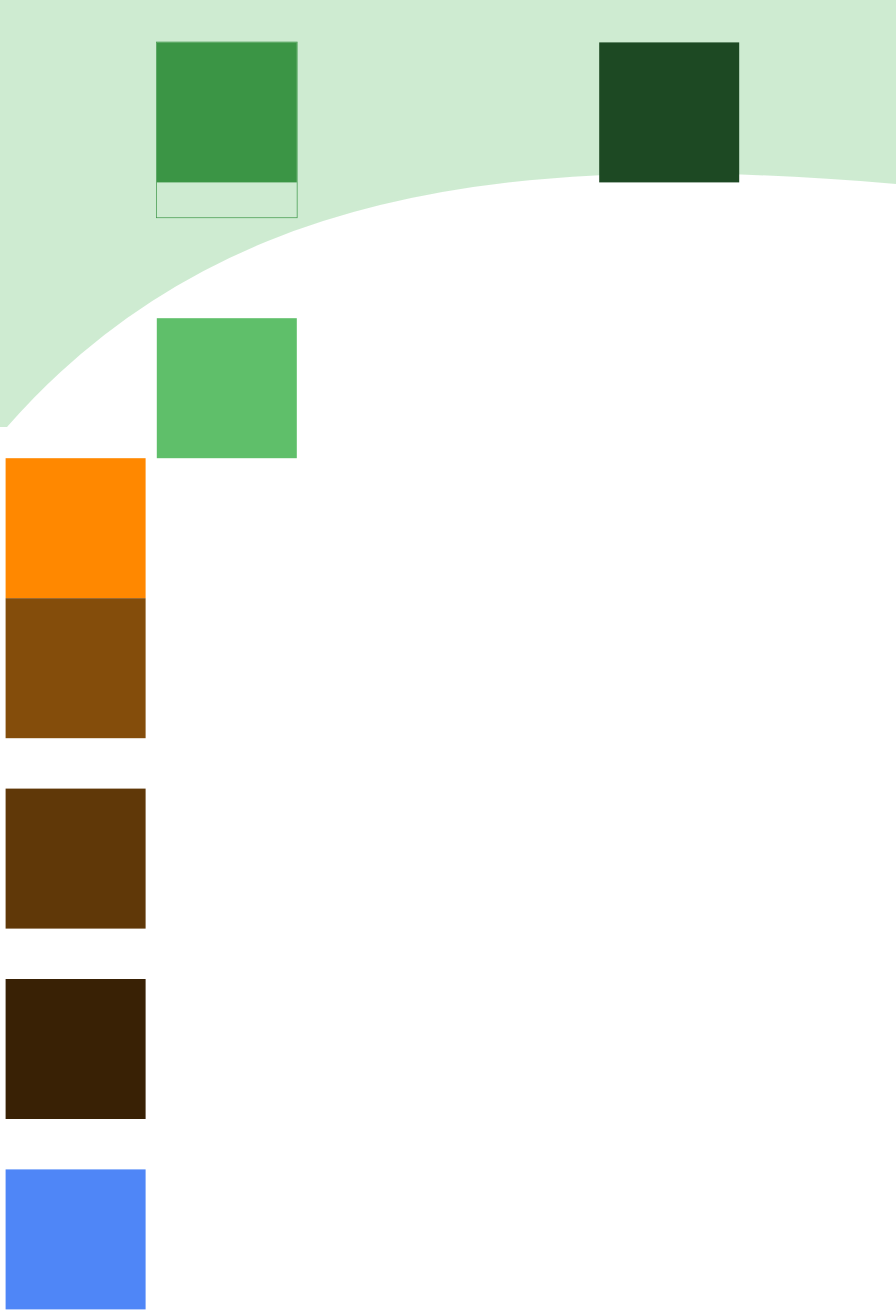
Repository: jjennbui/seedsprout_styleguide
Page: pages/colorPalette.html
An editor plug-in stored every save of this project. The page is shown before and after the next save, followed by the edit.
The browser window is 1280 px wide. The pictures show the part of the page from y = 921 to 2841 px (the page is 2800 px tall before and 3050 px after), at 70% of full size.
Some web fonts or font styles are not loaded; a fallback is used.

Above is the page before, as saved 2023-03-11 01:13:14.

### pages/colorPalette.html
<!DOCTYPE html>
<html lang="en">

<head>
    <meta charset="UTF-8">
    <meta http-equiv="X-UA-Compatible" content="IE=edge">
    <meta name="viewport" content="width=device-width, initial-scale=1.0">
    <link rel="stylesheet" href="../styles/home.css">
    <title>Document</title>
</head>
<body>

    <header>
        <div class="navBar_container">
            <div class="navBar_logo_container">
                <img src="../public/logo/Logo.svg" width="30" />
            </div>
            <div class="navBar_links_container">
                <a class="navBar_links" href="./index.html">
                    <h1>Home</h1>
                </a>
                <a class="navBar_links" href="./logo.html">
                    <h1>Logo</h1>
                </a>
                <a class="navBar_links" href="./typography.html">
                    <h1>Typography</h1>
                </a>
                <a class="navBar_links" href="./colorPalette.html">
                    <h1>Color Palette</h1>
                </a>
                <a class="navBar_links" href="./iconsAndGraphics.html">
                    <h1>Icons and Graphics</h1>
                </a>
            </div>
        </div>
    </header>

    <div>
        <h1 class="color_text_h1">Color Palette</h1>
    </div>

    <div class="colors-container">
        <div class="left-color-container">
            <div class=" forest-box-size"><div class="color-forestgreen"></div></div>
            <div class=" mantis-box-size"></div><div class="color-mantisgreen"></div></div>
            <div class=" calpoly-box-size"></div><div class="color-calpolygreen"></div></div>
            <div class=" orange-box-size"></div><div class="color-darkorange"></div></div>
        </div>
        <div class="right-color-container">
            <div class="color-chocolate-brown"></div>
            <div class="color-sepia-brown"></div>
            <div class="color-bistre-brown"></div>
            <div class="color-azure-blue"></div>
        </div>

    </div>
</body>
</html>

### styles/home.css
@import url('https://fonts.googleapis.com/css2?family=Jost:ital,wght@0,100;0,200;0,300;0,400;0,500;0,600;0,700;0,800;0,900;1,100;1,200;1,300;1,400;1,500;1,600;1,700;1,800;1,900&display=swap');
@import url('https://fonts.googleapis.com/css2?family=Philosopher:ital,wght@0,400;0,700;1,400;1,700&display=swap');

body {
    background-image: url(../public/background-img/background.svg);
    background-size: cover;
    background-repeat: no-repeat;
    font-family: 'Jost', sans-serif;
    font-size: 16px;
}

/**Colors*/
:root {
    --lightGreen: #EBFFEE;
    --mantisGreen: #5FBF6A;
    --sproutGreen: #3B9545;
    --polyGreen: #1D4923;
    --chocolateBrown: #844D0B;
    --seedBrown: #603808;
    --darkBrown: #392105;
    --vegeOrange: #FF8800;
    --fruitBlue: #4F86F7;
}

/**contains everything in the body*/
.main {
    padding: 3rem;
}

/**First div that holds the entire navBar*/
.navBar_container {
    width: 100%;
    background: var(--mantisGreen);
    opacity: 0.9;
    gap: 1rem;
    margin: 0;
    border-radius: 3rem;
    display: flex;
}

/**container than holds the logo in the navBar*/
.navBar_logo_container {
    display: flex;
    justify-content: center;
    align-items: center;
    background-color: var(--lightGreen);
    border-radius: 3rem;
    padding: 0.5rem;
    width: 8%;
}

/**Container that holds all the links in the navBar*/
.navBar_links_container {
    display: flex;
    align-items: center;
    justify-content: space-around;
    flex-grow: 1;
    flex-wrap: wrap;
}

/**links in the navBar*/
.navBar_links {
    font-family: 'philosopher', sans-serif;
    text-decoration: none;
    color: black;
    font-size: 0.8rem;
}

/**Body Content*/
/**container that holds body content*/
.body_container {
    display: flex;
    justify-content: center;
    align-items: flex-end;
    flex-wrap: wrap;
}

.text_container{
    display: flex;
}
/**contains text*/
.text_content {
    display: flex;
    flex-direction: column;
    justify-content: center;
    align-items: flex-start;
    width: 50vw;
    height: 70vh;
}

/**home text content*/
.home_content_headerOne {
    font-size: 5rem;
    margin: 0;
    line-height: 5.5rem;
}

.home_content_headerFour {
    font-size: 2rem;
    margin-top: 2rem;
    margin-bottom: 0.2rem;
    font-weight: 400;
    color: var(--polyGreen);
    line-height: 2.5rem;
}

.home_content_p {
    font-size: 1rem;
    margin: 0;
}

.body_content_logo_container{
    display: flex;
    flex-direction: column;
    justify-content: flex-start;
}
/**home page logo in body content*/
.body_content_logo {
    width: 22rem;
}

.logo_shadow{
    background-color: black;
    height: 1rem;
    border-radius: 100%;
    opacity: 0.2;
}

/** color-palette style*/

.color-forestgreen{
    height: 200px;
    width: 200px;
    background-color: #3B9545;

}
.color-mantisgreen{
    height: 200px;
    width: 200px;
    background-color:#5FBF6A;
}
.color-calpolygreen{
    height: 200px;
    width: 200px;
    background-color:#1D4923;
}
.color-darkorange{
    height: 200px;
    width: 200px;
    background-color:#FF8800;
}
.color-chocolate-brown{
    height: 200px;
    width: 200px;
    background-color:#844D0B;
}
.color-sepia-brown{
    height: 200px;
    width: 200px;
    background-color:#603808;
}
.color-bistre-brown{
    height: 200px;
    width: 200px;
    background-color:#392105;
}
.color-azure-blue{
    height: 200px;
    width: 200px;
    background-color:#4F86F7;
}
.colors-container{
    display: flex;
    flex-direction: row;
    justify-content: space-evenly;
    margin-top: 100vh;
}
.left-color-container{
    display: flex;
    flex-direction: column;
    justify-content: space-evenly;
    gap: 10vh;
}
.right-color-container{
    display: flex;
    flex-direction: column;
    justify-content: space-evenly;
    gap: 10vh;
}

.color_text_h1 {
    margin-top: 10vh;
    font-size: 5rem;
    margin: 10vh;
}
.forest-box-size{
    height: 250px;
    width: 200px;

    outline: #3B9545 solid 1px;
}
.mantis-box-size{

}




/**Need to add breaking points for responsiveness*/

/* Mobile */
@media screen and (max-width: 600px) {

    .colors-container{
        display: flex;
        flex-direction: column;
        justify-content:center;
        margin-top: 150vh;
        gap: 10vh;
        margin-left: 20vw;
    }


  }

After the next save:
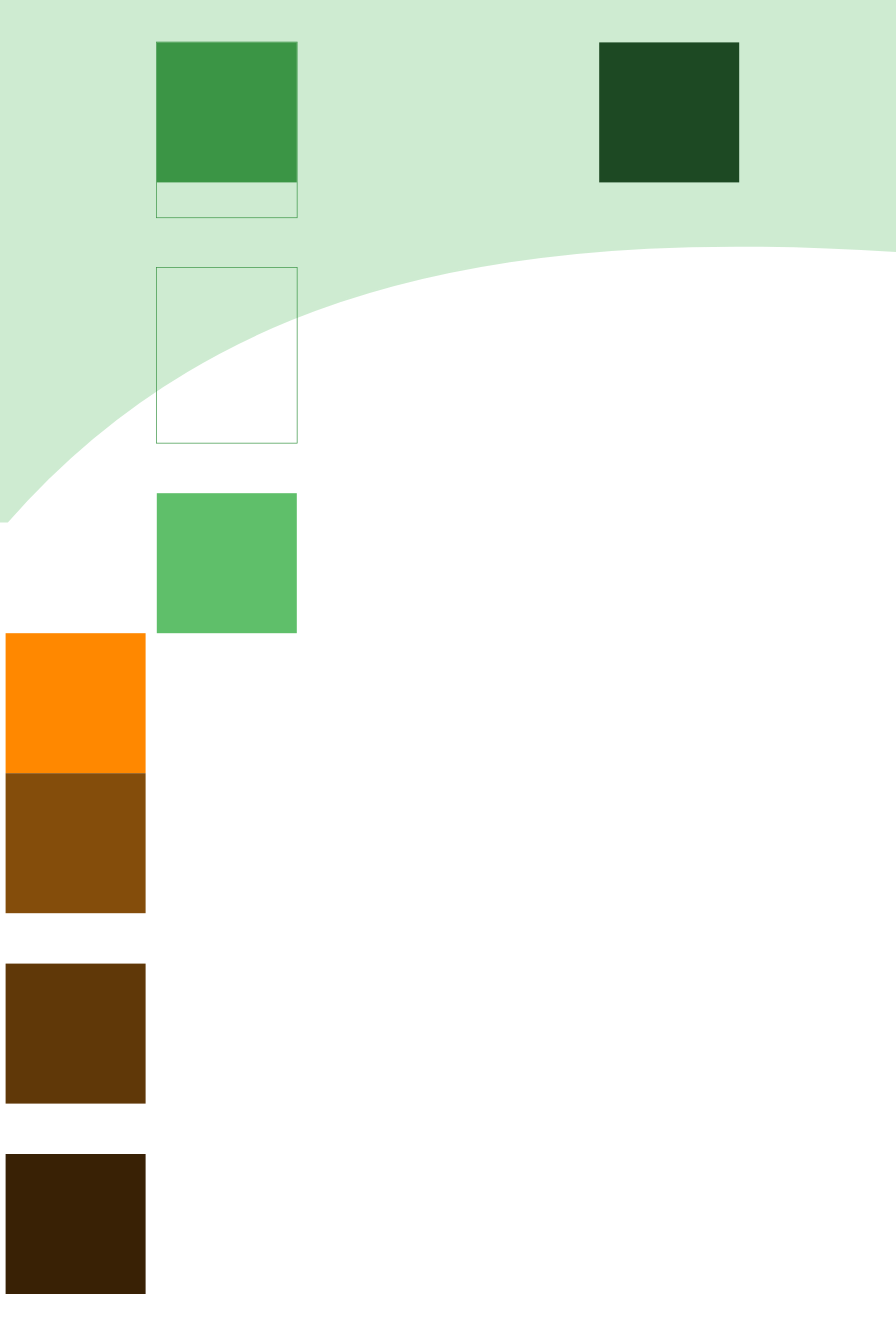
Saved 7 s later.
--- a/styles/home.css
+++ b/styles/home.css
@@ -200,7 +200,10 @@ body {
     outline: #3B9545 solid 1px;
 }
 .mantis-box-size{
-
+    height: 250px;
+    width: 200px;
+
+    outline: #3B9545 solid 1px;
 }
 
 
